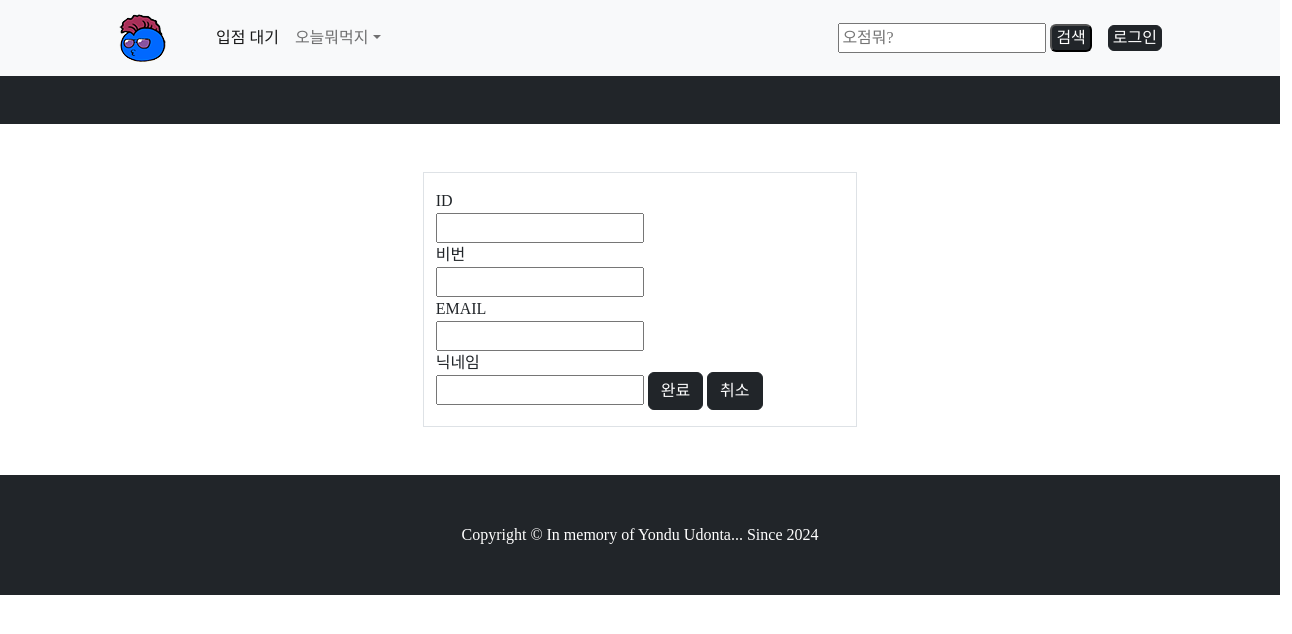
Repository: ashwan94/ydzone
Page: http://localhost/YonduZone/signUp
These files come from the project's save history. The page is drawn as it stood at one moment and after the next save; the edit follows.
The browser window is 1280 px wide. The page is 1292 px wide, so the pictures cover 1292 px, including what lies to the right of the window. The pictures show the whole page.
Some web fonts or font styles are not loaded; a fallback is used. The page is served by Tomcat 9.

Above is the page before, as saved 2024-05-01 11:03:10.

After the next save:
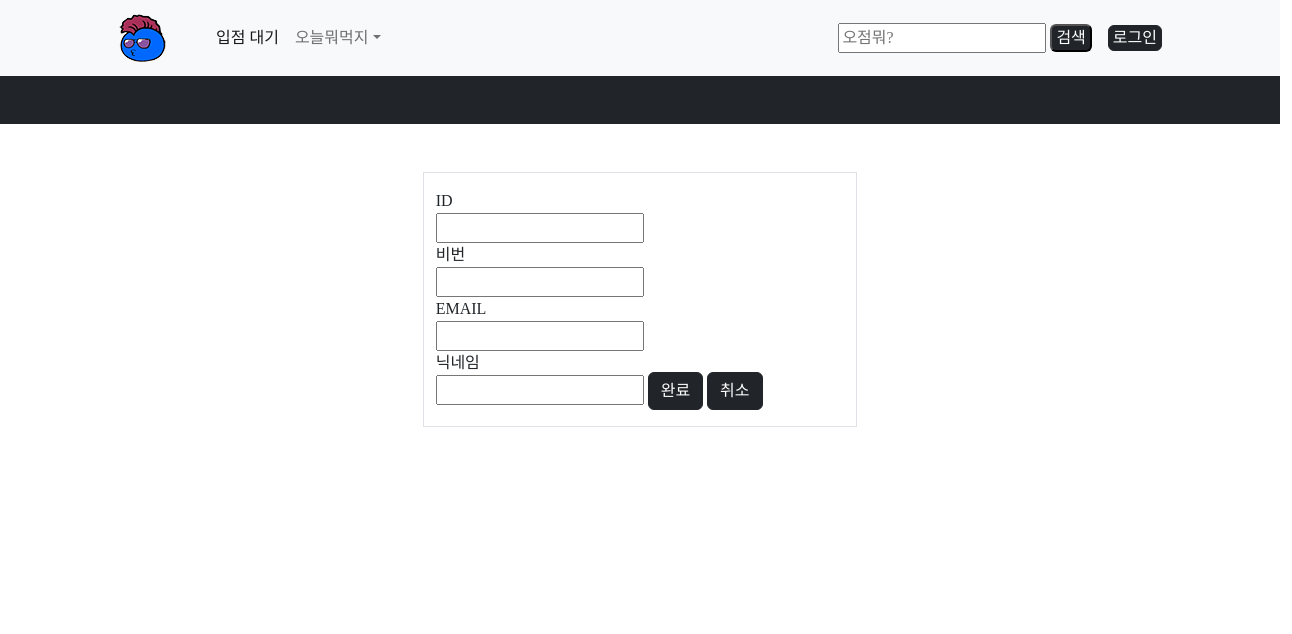
Saved 2 min 37 s later.
--- a/YonduZone/src/main/webapp/WEB-INF/views/common/signUp.jsp
+++ b/YonduZone/src/main/webapp/WEB-INF/views/common/signUp.jsp
@@ -32,6 +32,8 @@
 	<div class="col-4"></div>
 </div>
 
+<script src="https://cdn.jsdelivr.net/npm/bootstrap@5.3.3/dist/js/bootstrap.bundle.min.js"></script>
+<script src="/Bootstrap/js/scripts.js"></script>
 
 <script>
 	const msgEl = document.querySelector("#msg");
@@ -64,4 +66,3 @@
 
 
 </script>
-<jsp:include page="/WEB-INF/views/common/footer.jsp" />
